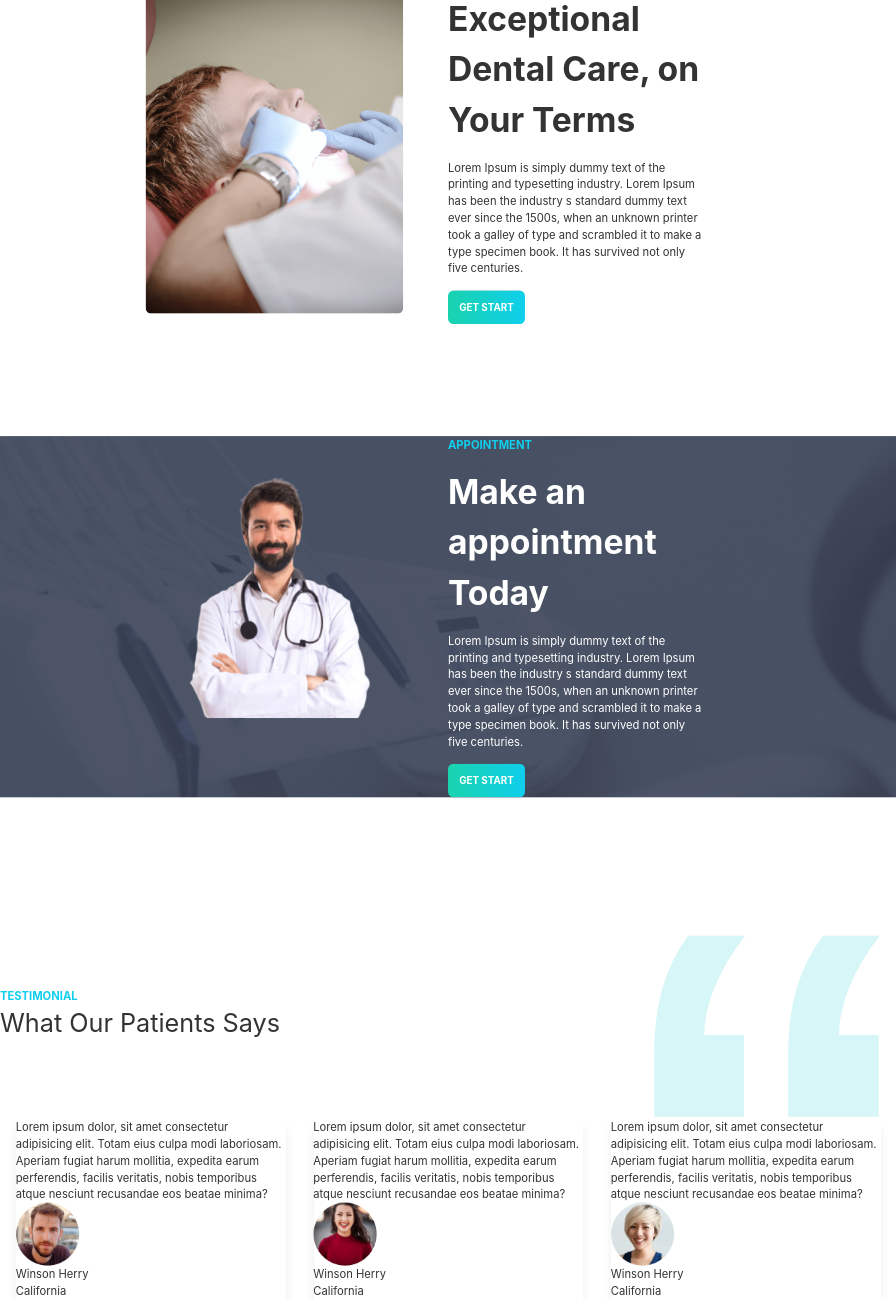
Repository: shikubro90/doctorsportal
Page: /
An editor plug-in stored every save of this project. The page is shown before and after a run of saves, followed by the edit.
The browser window is 1280 px wide. The pictures show the part of the page from y = 1820 to 3740 px (the page is 3676 px tall before and 3740 px after), at 70% of full size.
The project was rebuilt for these pictures with package versions that can differ from the ones it lists, and the page was loaded fresh each time. Also part of the build but not shown: src/App.css, src/Pages/About/About.jsx.

Above is the page before, as saved 2022-10-02 09:45:46.

After the next 3 saves:
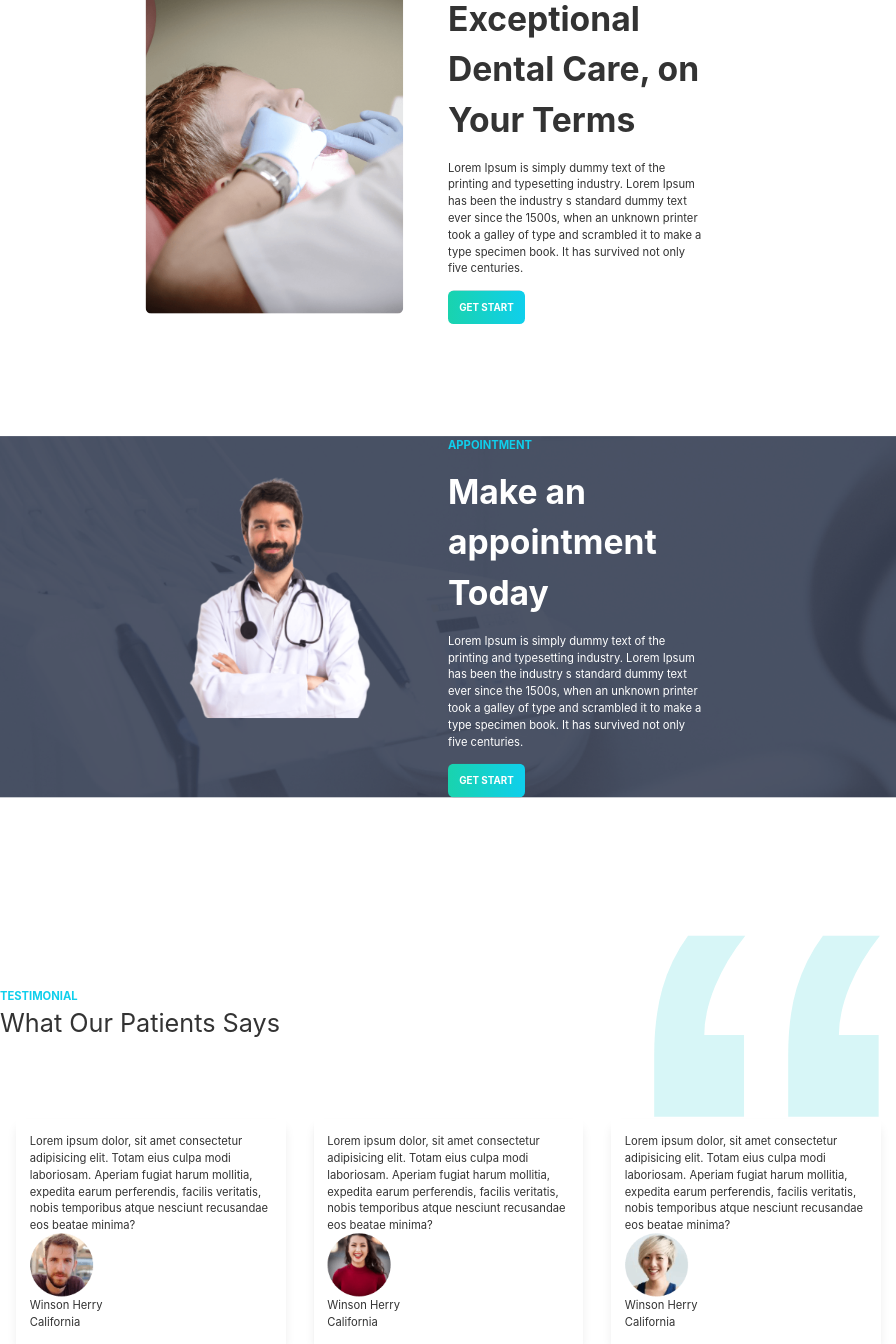
The 3 saves are shown as one change because they came seconds apart.
The last was saved 19 min 45 s later.
--- a/src/Pages/Home/TestimonialCard.jsx
+++ b/src/Pages/Home/TestimonialCard.jsx
@@ -3,7 +3,7 @@ import React from 'react'
 const TestimonialCard = (props) => {
     const {desc,image, name, country} = props
   return (
-    <div className='mainCard w-[385px] shadow-lg'>
+    <div className='mainCard w-[385px] shadow-lg p-5'>
         <div className="CardBody flex flex-col">
             <div className="desc">
                 <p>{desc}</p>
